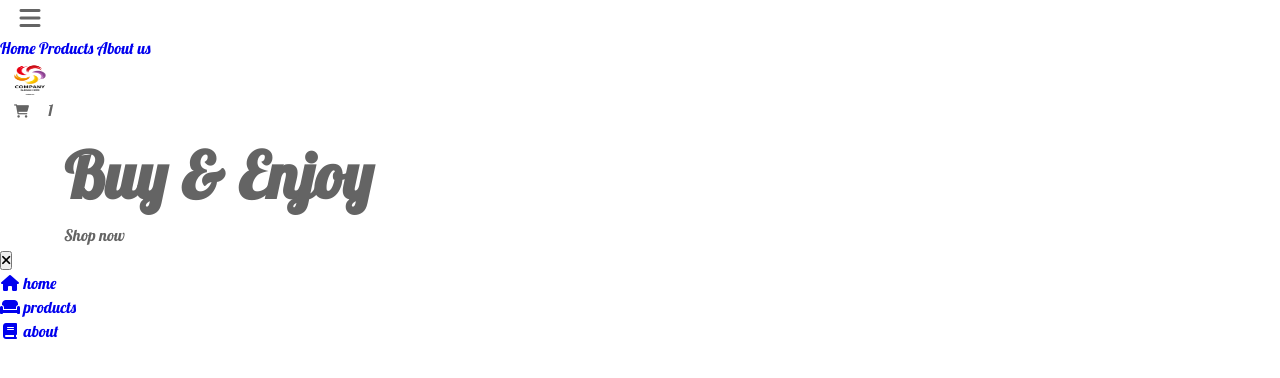
Repository: tetlisna/myprojectJS2
Page: index.html
The author's editor kept a copy of each file at every save. The page is drawn from the files as they stood at one save, then again after the next save.
The browser window is 1280 px wide. The pictures show the whole page.
The pointer rests on the first visible `.main`.
Some web fonts or font styles are not loaded; a fallback is used.

Above is the page before, as saved 2022-09-04 19:38:20.

After the next save:
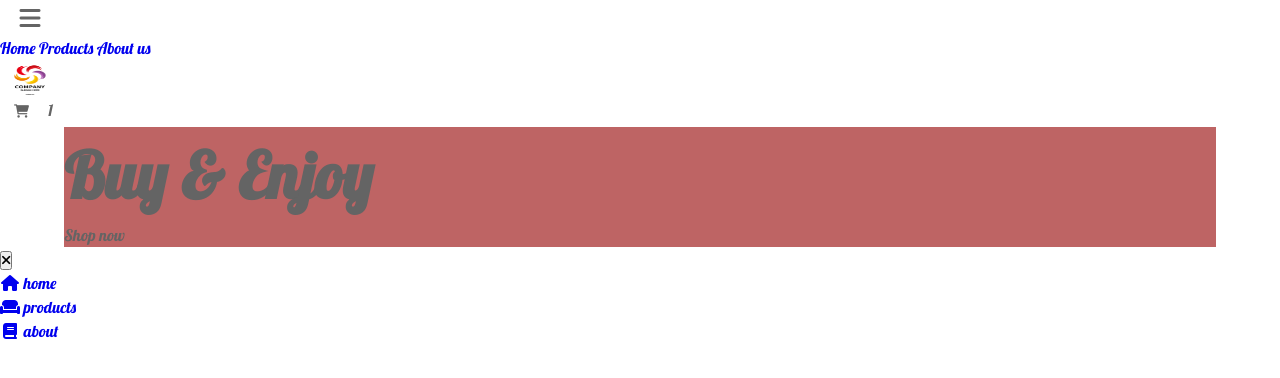
Saved 5 s later.
--- a/css/style.css
+++ b/css/style.css
@@ -58,7 +58,7 @@ p {
 }
 
 .main:hover {
-    background: var(--);
+    background: var(--grey-red);
 }
 .cart-side {
     background: var(--clr-primary-5);
